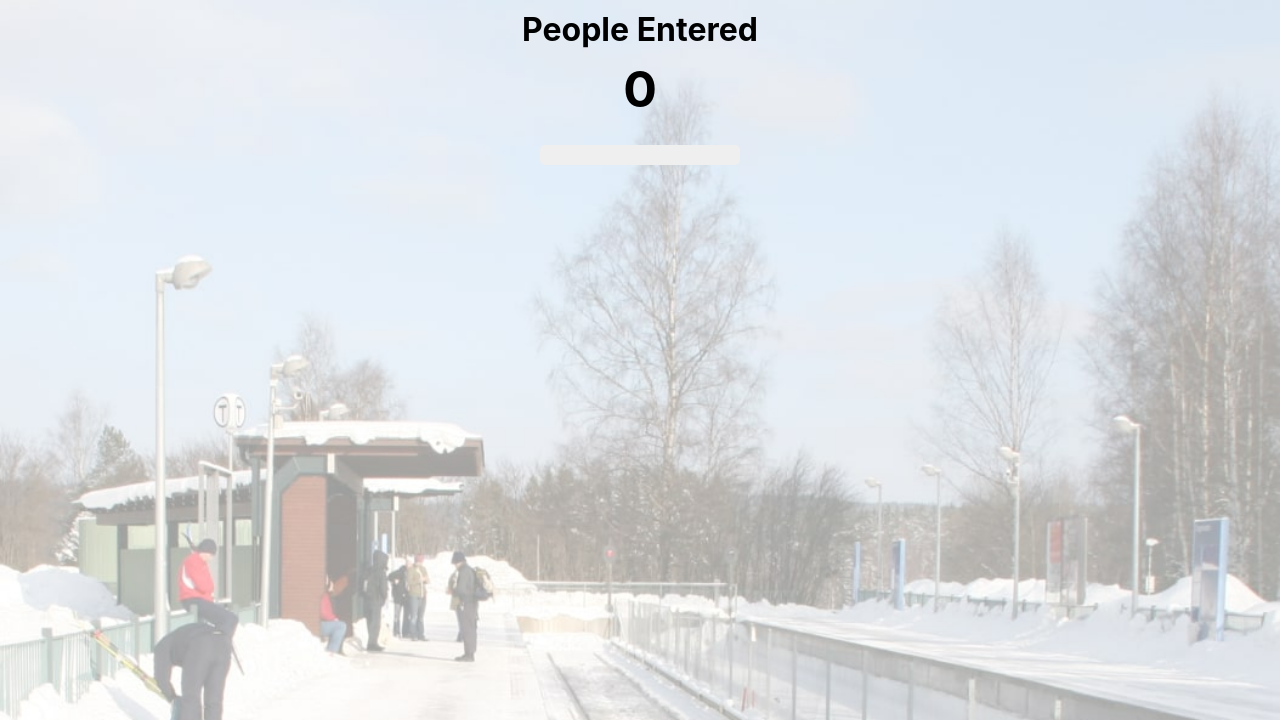
Repository: jt010051/JavaScriptCounter
Page: index.html
These files come from the project's save history. The page is drawn as it stood at one moment and after the next save; the edit follows.
The browser window is 1280 px wide. The pictures show the whole page.

Above is the page before, as saved 2022-02-26 14:08:47.

After the next save:
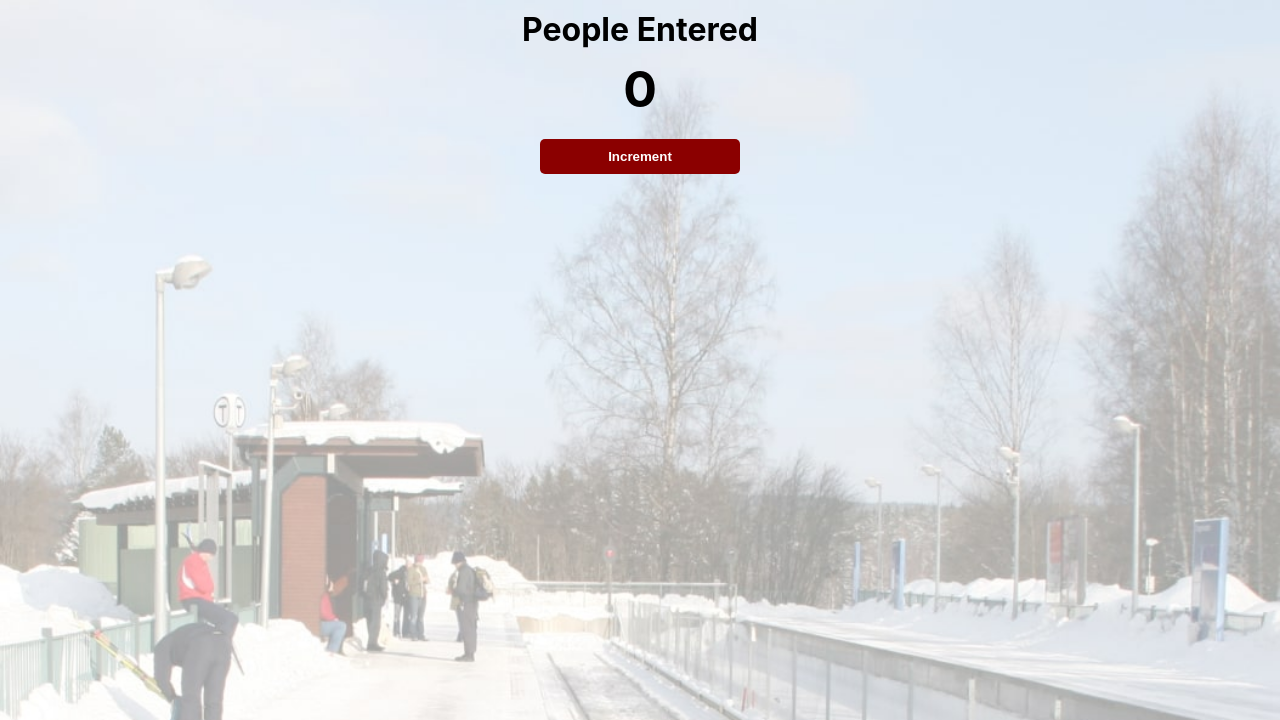
Saved 29 s later.
--- a/index.html
+++ b/index.html
@@ -6,7 +6,7 @@
 <body>
     <h1>People Entered</h1>
     <h2 id ="count-el">0</h2>
-    <button id="increment"></button>
+    <button id="increment-btn">Increment</button>
     <script src = "index.js"> </script>
 </body>
 </html>
